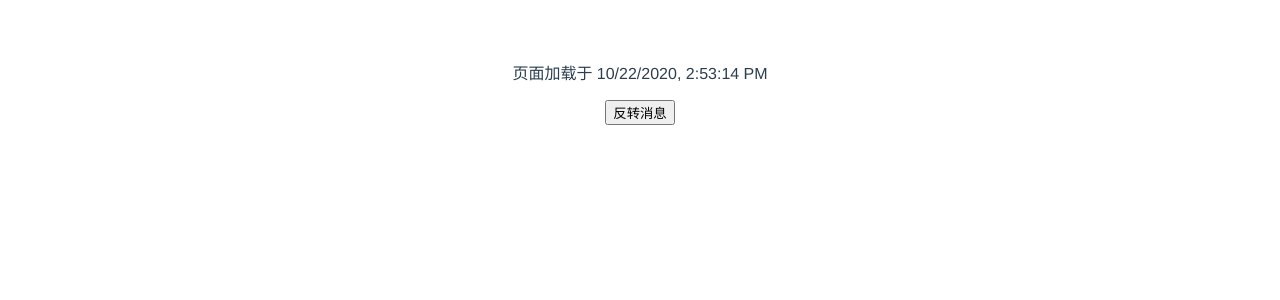
Repository: zhanghuihb/vue-demo
Page: /
The author's editor kept a copy of each file at every save. The page is drawn from the files as they stood at one save, then again after the next save.
The browser window is 1280 px wide. The pictures show the whole page.
The project was rebuilt for these pictures with package versions that can differ from the ones it lists, and the page was loaded fresh each time.

Above is the page before, as saved 2020-10-23 15:28:23.

### src/components/HelloWorld.vue
<template>
  <div class="hello">
    <!-- <span v-bind:title="msg">
      鼠标悬停几秒钟查看此处动态绑定的提示信息！
    </span> -->
    <p>{{msg}}</p>
    <button v-on:click="reverseMessage">反转消息</button>
  </div>
</template>

<script>
export default {
  name: 'HelloWorld',
  data () {
    return {
      msg: '页面加载于 ' + new Date().toLocaleString()
    }
  },
  methods: {
    reverseMessage: function () {
      this.msg = this.msg.split('').reverse().join('')
    }
  }
}
</script>

<!-- Add "scoped" attribute to limit CSS to this component only -->
<style scoped>
h1, h2 {
  font-weight: normal;
}
ul {
  list-style-type: none;
  padding: 0;
}
li {
  display: inline-block;
  margin: 0 10px;
}
a {
  color: #42b983;
}
</style>

Loaded but not shown: index.html (common file); src/main.js (common file); src/App.vue (common file); src/router/index.js (common file)

After the next save:
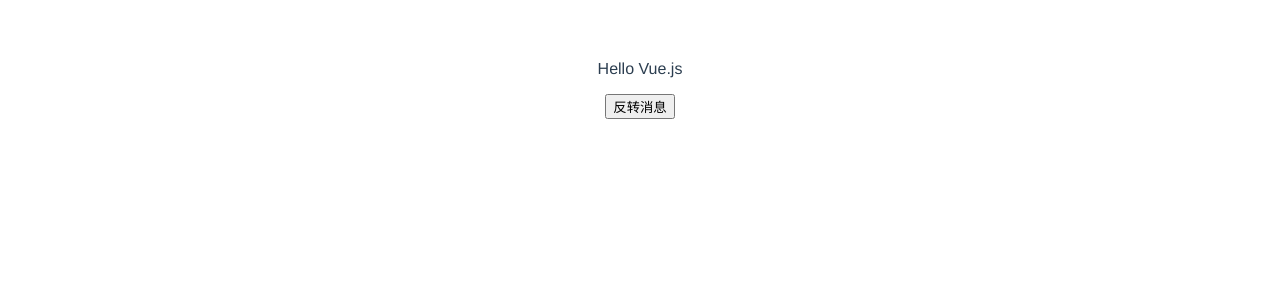
Saved 26 s later.
--- a/src/components/HelloWorld.vue
+++ b/src/components/HelloWorld.vue
@@ -13,7 +13,7 @@ export default {
   name: 'HelloWorld',
   data () {
     return {
-      msg: '页面加载于 ' + new Date().toLocaleString()
+      msg: 'Hello Vue.js'
     }
   },
   methods: {
